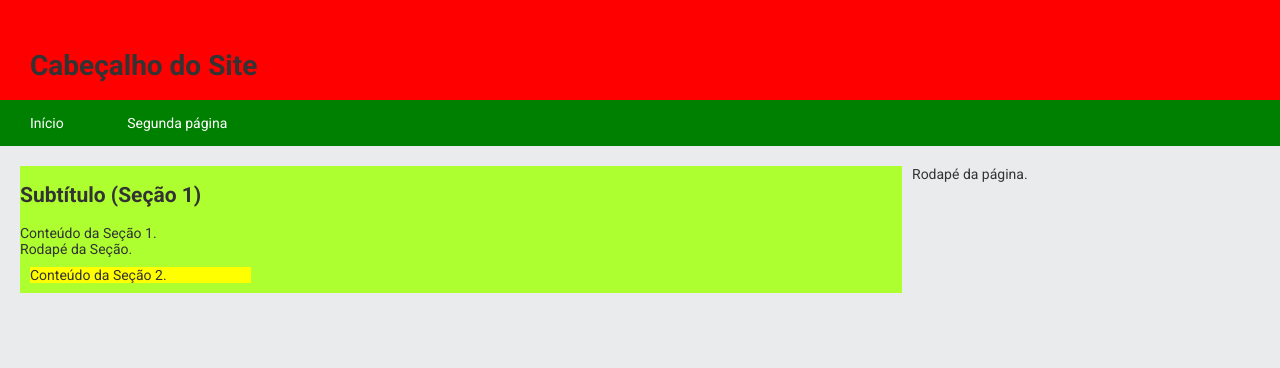
Repository: rrresck/pos_graduacao
Page: index.html
The author's editor kept a copy of each file at every save. The page is drawn from the files as they stood at one save, then again after the next save.
The browser window is 1280 px wide. The pictures show the whole page.

Above is the page before, as saved 2023-05-04 11:17:39.

### index.html
<!DOCTYPE html>
<html lang="pt-BR">
<head>
    <meta charset="UTF-8">
    <meta http-equiv="X-UA-Compatible" content="IE=edge">
    <meta name="viewport" content="width=device-width, initial-scale=1.0">
    <meta name="author" content="Rafael Rodrigues Resck">
    <meta name="description" content="Template inicial do HTML.">
    <link rel="stylesheet" href="css/styles.css">
    <title>Tema 5 - Bloco 1</title>
</head>
<body>
    <header class="cabecalho">
        <h1>Cabeçalho do Site</h1>
    </header>
    <nav class="menu">
        <ul>
            <li><a href="index.html">Início</a></li>
            <li><a href="#">Segunda página</a></li>
        </ul>
    </nav>
    <div class="row">
        <section id="secao1">
            <header>
                <h2>Subtítulo (Seção 1)</h2>
            </header>
            <article>
                Conteúdo da Seção 1.
            </article>
            <footer>
                Rodapé da Seção.
            </footer>
            <aside id="secao2">
                Conteúdo da Seção 2.
            </aside>
        </section>
    </div>
    <footer>
        Rodapé da página.
    </footer>
</body>
</html>

### css/styles.css
@import url("https://fonts.googleapis.com/css?family=Roboto:400,500,700&display=swap");

body {
    margin: 0;
    padding: 0;
    font: 14px "Roboto", sans-serif;
    color: #333;
    background: #eaebec;
    -webkit-font-smoothing: antialiased !important;
}

.cabecalho {
    height: 40px;
    padding: 30px;
    text-align: left;
    background: red;
    overflow: hidden;
}

.menu {
    background-color: green;
    overflow: hidden;
}

.menu ul{
    margin-right: 10%;
    margin-left: 10%;
}

.menu ul, li{
    padding: 0;
    margin: 0;
}

.menu li, a{
    color: #ffffff;
    text-decoration: none;
    display: inline-block;
}

.menu a {
    padding: 15px 30px;
}

.menu a:hover{
    background-color: white;
    color: black;
}

.row {
    padding: 10px;
}

#secao1 {
    float: left;
    width: 70%;
    background-color: greenyellow;
    margin: 10px;
}

#secao2{
    float: left;
    width: 25%;
    background-color: yellow;
    margin: 10px;
}

After the next save:
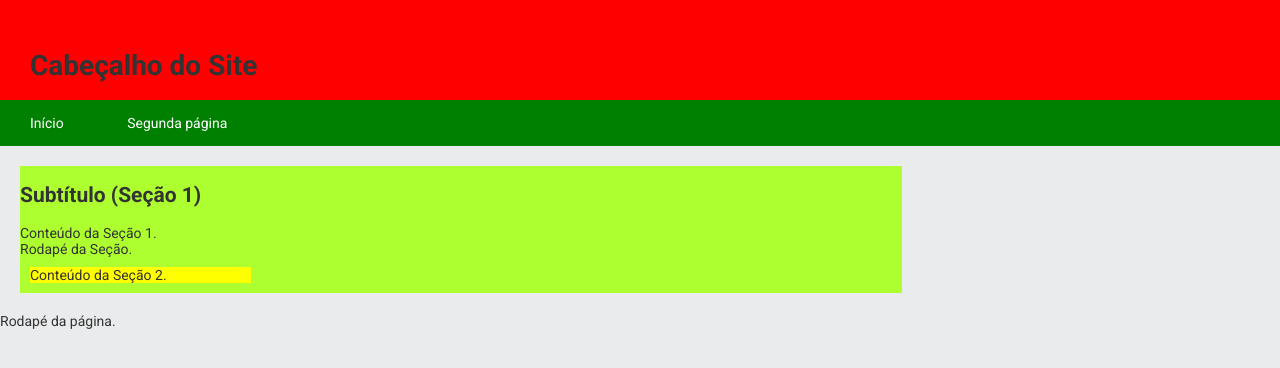
Saved 6 min 47 s later.
--- a/css/styles.css
+++ b/css/styles.css
@@ -64,3 +64,9 @@ body {
     background-color: yellow;
     margin: 10px;
 }
+
+.row::after{
+    content: "";
+    display: table;
+    clear: both;
+}
